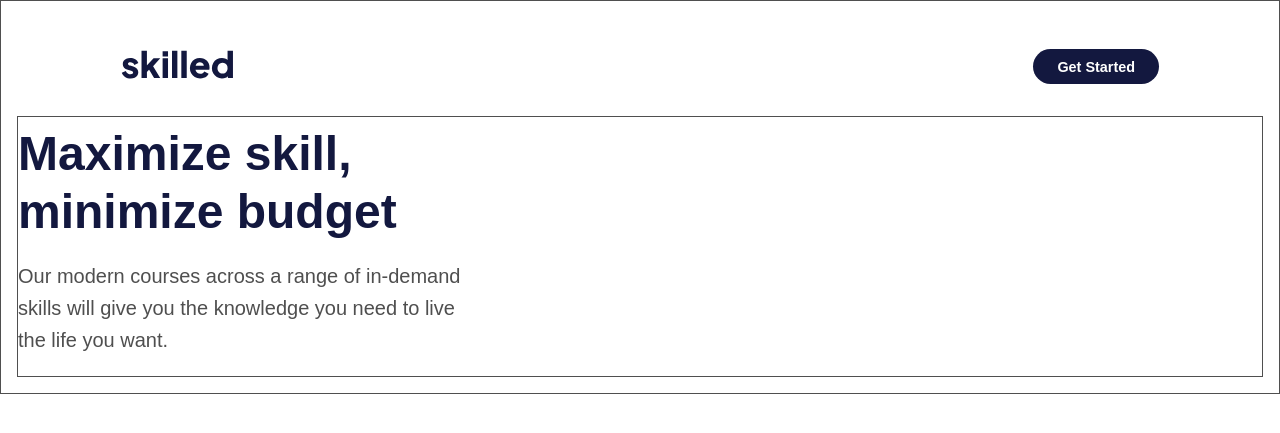
Repository: exe-walt/E-Learning-Landing-Page
Page: index.html
An editor plug-in stored every save of this project. The page is shown before and after the next save, followed by the edit.
The browser window is 1280 px wide. The pictures show the whole page.
Some web fonts or font styles are not loaded; a fallback is used.

Above is the page before, as saved 2025-05-27 20:27:39.

### index.html
<!DOCTYPE html>
<html lang="en">
<head>
  <meta charset="UTF-8">
  <meta name="viewport" content="width=device-width, initial-scale=1.0">
  <title>Skilled E-Learning Page</title>
  <link rel="stylesheet" href="css/style.css">
  <link href="https://fonts.cdnfonts.com/css/plus-jakarta-sans" rel="stylesheet">
</head>
<body>
  <div class="content-container">
    <nav>
      <div class="navbar">
        <ul>
          <li id="logo">
            <img src="img/skilled-logo.svg" alt="logo">
          </li>
          <li class="navbar-button">
            <button>Get Started</button>
          </li>
        </ul>
      </div>
    </nav>

    <section class="hero-section">
      <div class="hero-text">
        <h1>Maximize skill, <br>minimize budget</h1>

        <p>
          Our modern courses across a range of in-demand <br> skills will give you the knowledge you need to live <br> the life you want.
        </p>
      </div>
    </section>
  </div>

</body>
</html>

### css/style.css
* {
  font-family: "Plus Jakarta Sans", sans-serif;
}
body {
  margin: 0;
  display: flex;
  justify-content: center;
  align-items: center;
}

.content-container {
  background-color: #ffffff;
  max-width: 100%;
  width: 100%;
  height: auto;
  padding: 1em;
  border: 1px solid #4f4f4f;
}

.navbar {
  display: flex;
  justify-content: space-between;
  align-items: center;
  padding: 2rem 2.5rem;
  background-color: white;
  margin-left: 4em;
  margin-right: 4em;
}

.navbar ul {
  display: flex;
  align-items: center;
  justify-content: space-between;
  width: 100%;
  list-style: none;
  margin: 0;
  padding: 0;
}

.logo img {
  height: 1.75rem;
  width: auto;
}

.navbar-button button {
  background-color: #13183F;
  color: white;
  border: none;
  border-radius: 999px;
  padding: 0.6rem 1.5rem;
  font-weight: 600;
  font-size: 0.9rem;
  cursor: pointer;
  transition: background-color 0.3s ease;
}

.navbar-button button:hover {
  background-color: #666ca3;
}

.hero-section{
  border: 1px solid #4f4f4f;
  display: flex;
}

.hero-section h1 {
  font-family: 'Plus Jakarta Sans', sans-serif;
  font-weight: 800; /* ExtraBold */
  font-size: 3rem;
  line-height: 1.2;
  color: #13183F;
  margin: 0;
}

.hero-text{
  font-family: 'Plus Jakarta Sans', sans-serif;
  font-weight: 400; /* Regular */
  font-size: 1.25rem;
  line-height: 1.6;
  color: #4f4f4f;
  margin-top: 0.5rem;
}

After the next save:
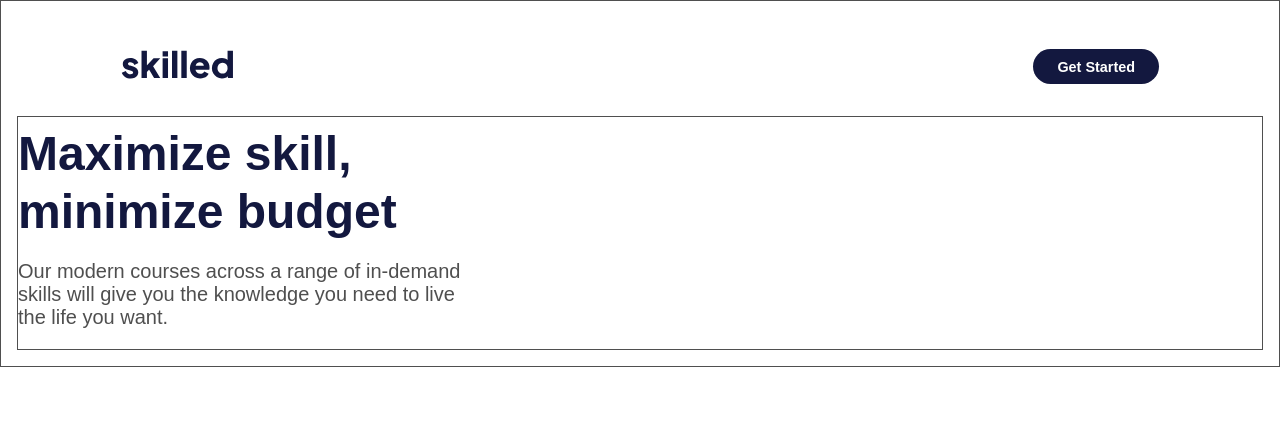
Saved 10 s later.
--- a/css/style.css
+++ b/css/style.css
@@ -76,7 +76,6 @@ body {
   font-family: 'Plus Jakarta Sans', sans-serif;
   font-weight: 400; /* Regular */
   font-size: 1.25rem;
-  line-height: 1.6;
   color: #4f4f4f;
   margin-top: 0.5rem;
 }
